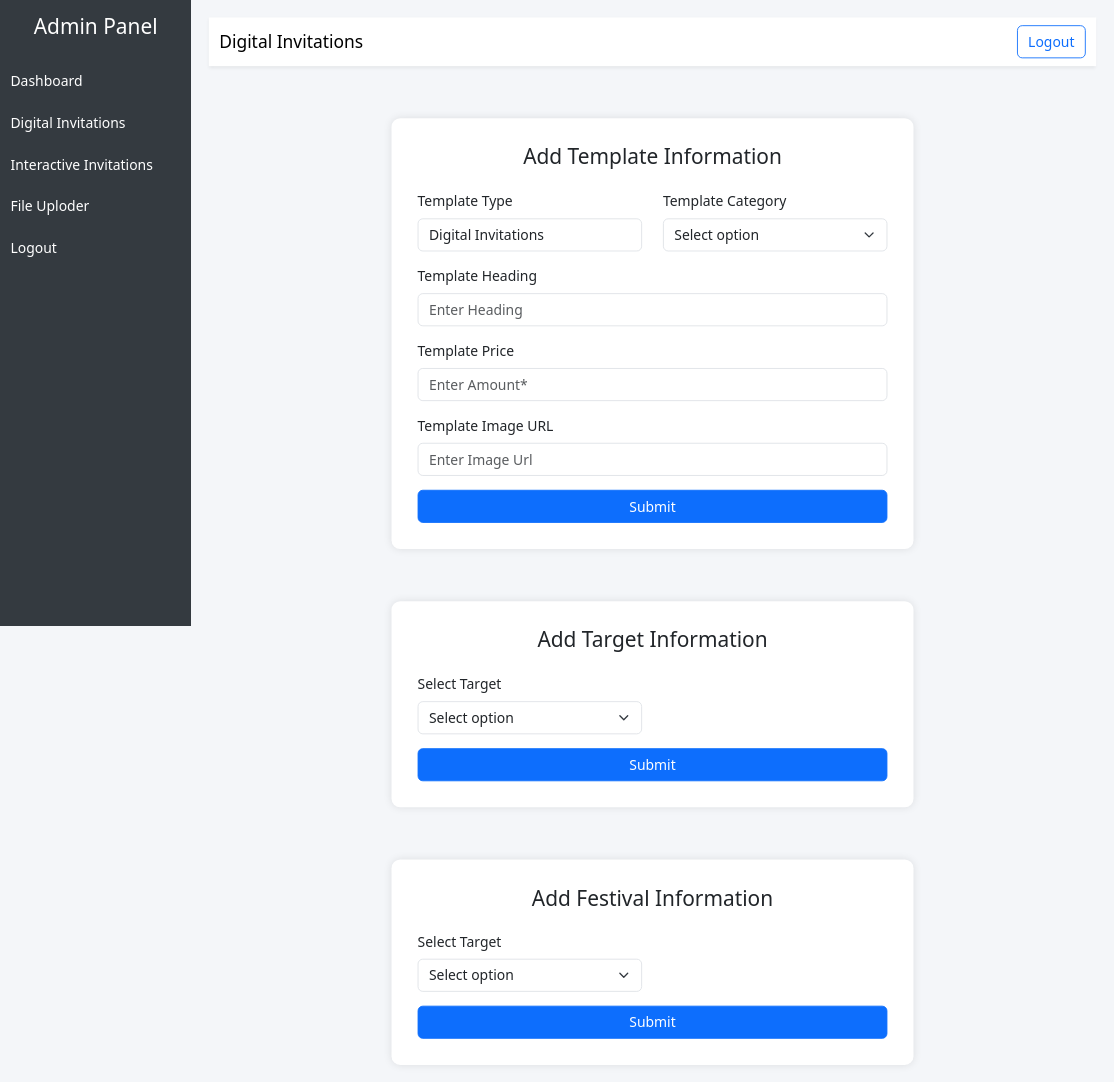
Repository: viraj7551/Flying-Invite-Project
Page: http://localhost/Admin03/digital_invitation.jsp
An editor plug-in stored every save of this project. The page is shown before and after the next save, followed by the edit.
The browser window is 1280 px wide. The pictures show the whole page, at 87% of full size.
Some web fonts or font styles are not loaded; a fallback is used. The page is served by Tomcat 9.

Above is the page before, as saved 2026-04-13 07:00:51.

After the next save:
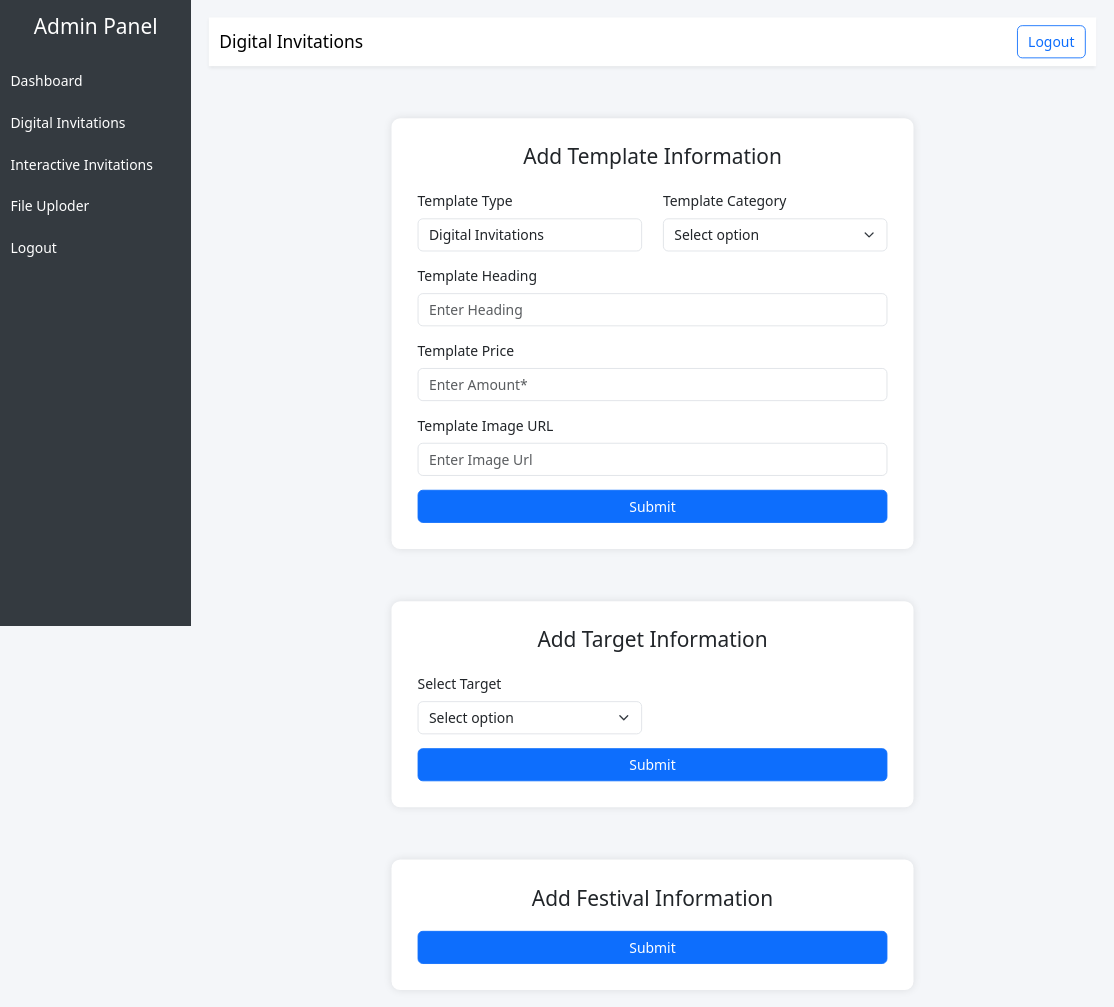
Saved 19 s later.
--- a/Admin03/WebContent/digital_invitation.jsp
+++ b/Admin03/WebContent/digital_invitation.jsp
@@ -245,18 +245,6 @@
 <h4 class="mb-4 text-center">Add Festival Information</h4>
 <form method="POST" action="/Admin03/SetFestivalInformation">
 <div class="row">
-      <div class="col-md-6 mb-3">
-      <label class="form-label">Select Target</label>
-      <select id ="first_drop_down" class="form-select" onchange = "festivalFilter()" name="target_selector">
-          <option selected>Select option</option>
-          <option value="Wedding">Wedding</option>
-          <option value="Baby Shower">Baby Shower</option>
-          <option value="Birthday">Birthday</option>
-          <option value="Anniversary">Anniversary</option>
-          <option value="Festival">Festival</option>
-       </select>
-</div>
-
 <div class="col-md-6 mb-3" id="second_drop_down" style="display:none";>
       <label class="form-label">Select Festival</label>
           <select class="form-select" name="festival_selector">

After the 2 saves that followed:
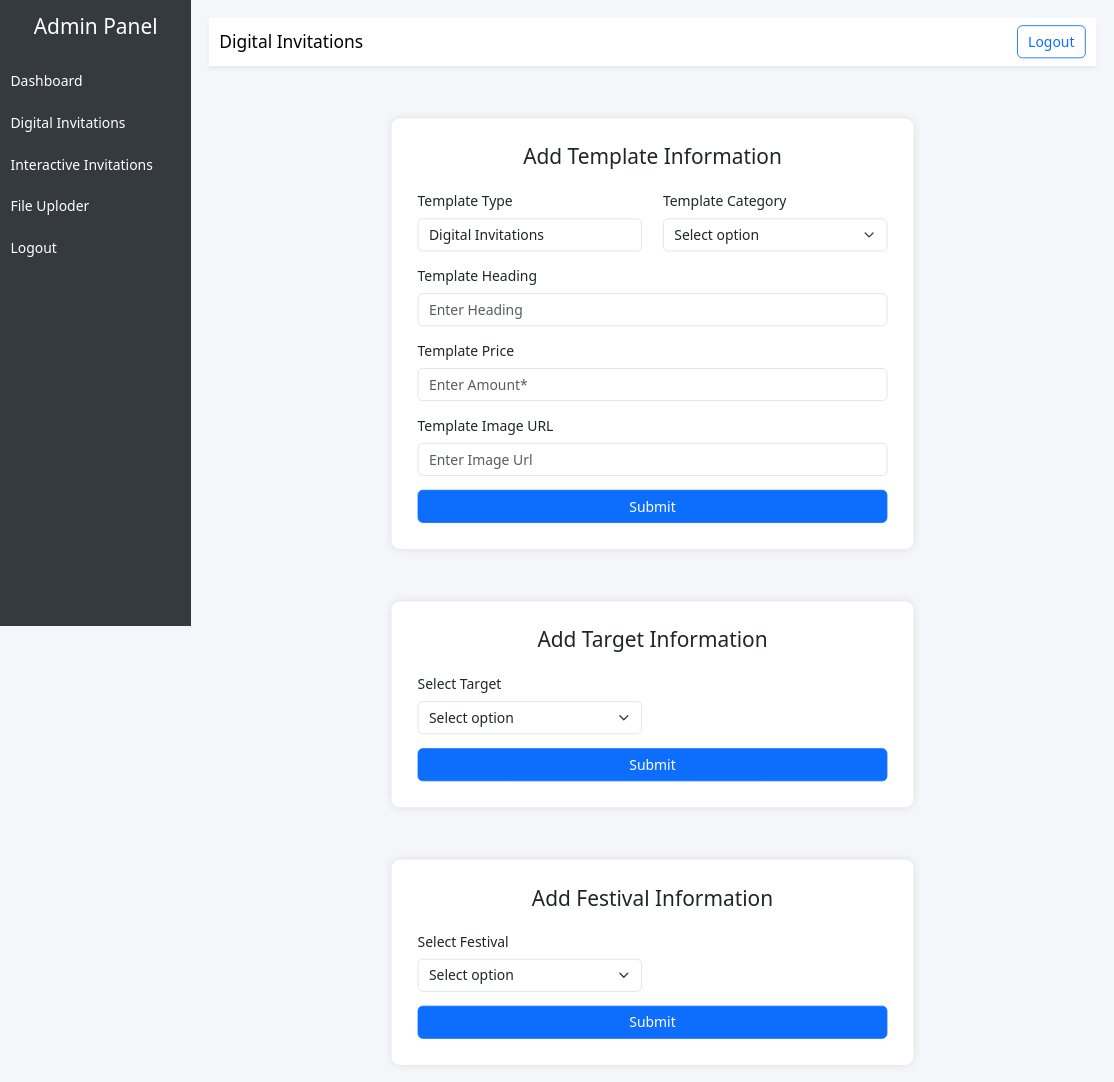
The 2 saves are shown as one change because 1 left the picture as it was.
The last was saved 87 s later.
--- a/Admin03/WebContent/digital_invitation.jsp
+++ b/Admin03/WebContent/digital_invitation.jsp
@@ -201,8 +201,32 @@
           <option value="Festival">Festival</option>
        </select>
 </div>
-
-<div class="col-md-6 mb-3" id="second_drop_down" style="display:none";>
+</div>
+
+<div class="d-grid">
+<button type="submit" class="btn btn-primary">
+Submit
+</button>
+</div>
+
+</form>
+</div>
+</div>
+
+
+ <!-- ---------------------Form 2 ends here -->
+
+
+
+
+  <!-- -------------------- Form 3 starts here -->
+
+<div class="container">
+<div class="form-container">
+<h4 class="mb-4 text-center">Add Festival Information</h4>
+<form method="POST" action="/Admin03/SetFestivalInformation">
+<div class="row">
+<div class="col-md-6 mb-3">
       <label class="form-label">Select Festival</label>
           <select class="form-select" name="festival_selector">
              <option selected>Select option</option>
@@ -233,49 +257,6 @@
 </div>
 
 
- <!-- ---------------------Form 2 ends here -->
-
-
-
-
-  <!-- -------------------- Form 3 starts here -->
-
-<div class="container">
-<div class="form-container">
-<h4 class="mb-4 text-center">Add Festival Information</h4>
-<form method="POST" action="/Admin03/SetFestivalInformation">
-<div class="row">
-<div class="col-md-6 mb-3" id="second_drop_down" style="display:none";>
-      <label class="form-label">Select Festival</label>
-          <select class="form-select" name="festival_selector">
-             <option selected>Select option</option>
-             <option value="Makar Sankranti">Makar Sankranti</option>
-             <option value="Holi">Holi</option>
-             <option value="Eid-ul-Fitr">Eid-ul-Fitr</option>
-             <option value="Gudi Padwa">Gudi Padwa</option>
-             <option value="Ram Navami">Ram Navami</option>
-             <option value="Easter">Easter</option>
-             <option value="Independence Day">Independence Day</option>
-             <option value="Raksha Bandhan">Raksha Bandhan</option>
-             <option value="Janmashtami">Janmashtami</option>
-             <option value="Ganesh Chaturthi">Ganesh Chaturthi</option>
-             <option value="Dussehra">Dussehra</option>
-             <option value="Diwali">Diwali</option>
-          </select>
-   </div>
-</div>
-
-<div class="d-grid">
-<button type="submit" class="btn btn-primary">
-Submit
-</button>
-</div>
-
-</form>
-</div>
-</div>
-
-
  <!-- ---------------------Form 3 ends here -->
 
 
